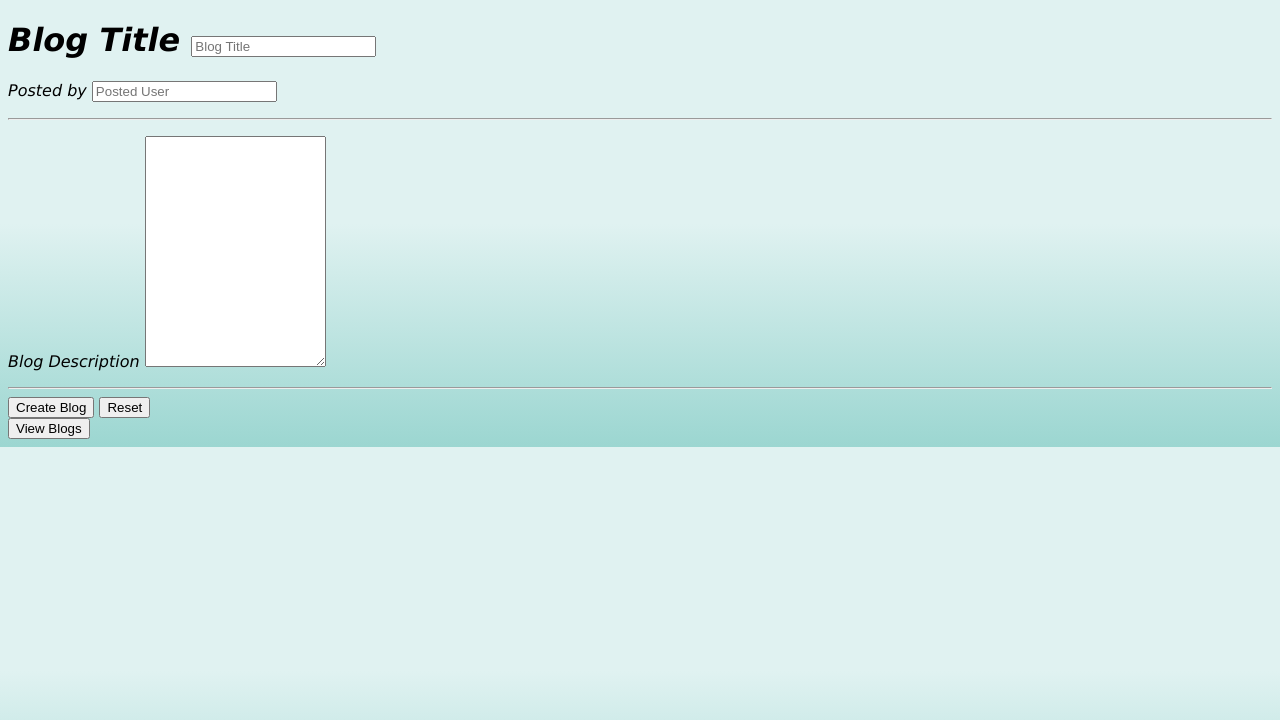
Repository: Indurupi/FriendZone
Page: FriendZoneFrontEnd/WebContent/createblog.html
The author's editor kept a copy of each file at every save. The page is drawn from the files as they stood at one save, then again after the next save.
The browser window is 1280 px wide. The pictures show the whole page.

Above is the page before, as saved 2017-03-20 18:28:09.

After the next save:
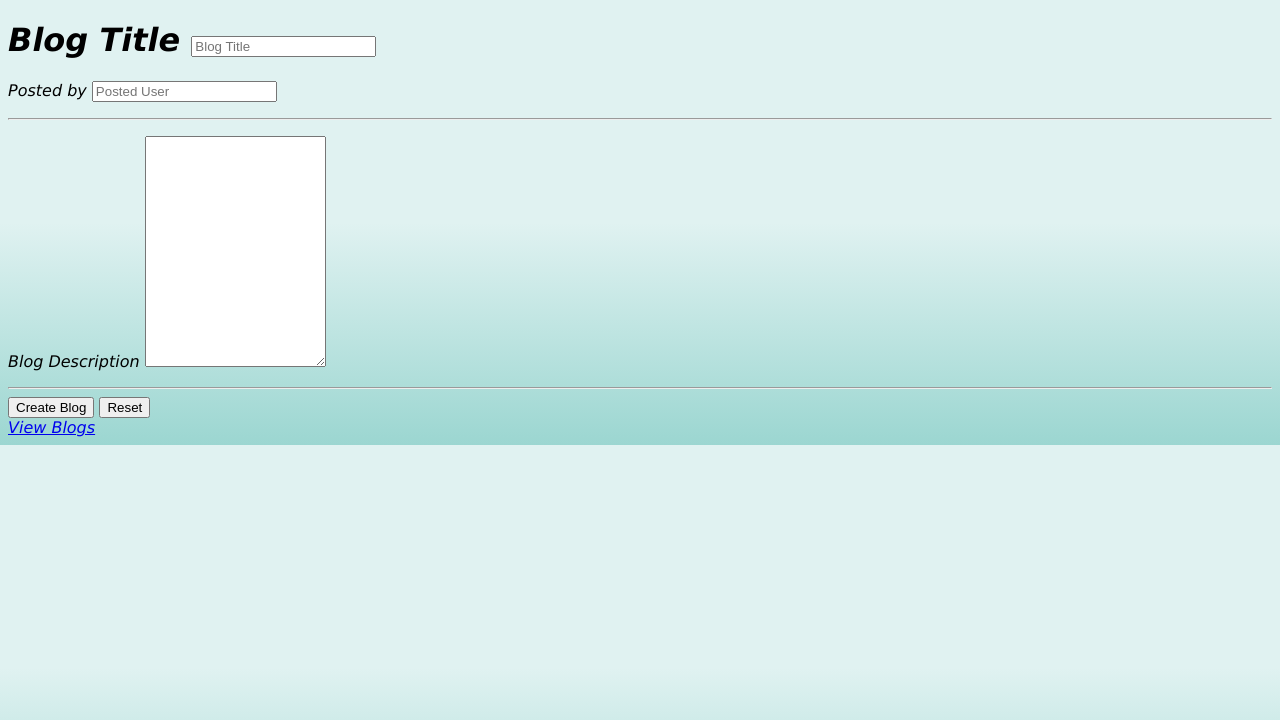
Saved 103 s later.
--- a/FriendZoneFrontEnd/WebContent/createblog.html
+++ b/FriendZoneFrontEnd/WebContent/createblog.html
@@ -69,8 +69,8 @@ body {
 							type="reset">Reset</button>
 
 					</form>
-					<button class="btn" id="custom-button" href="#viewallblogs">View
-						Blogs</button>
+					<a class="btn" id="custom-button" href="#viewallblogs">View
+						Blogs</a>
 				</div>
 			</div>
 		</div>
